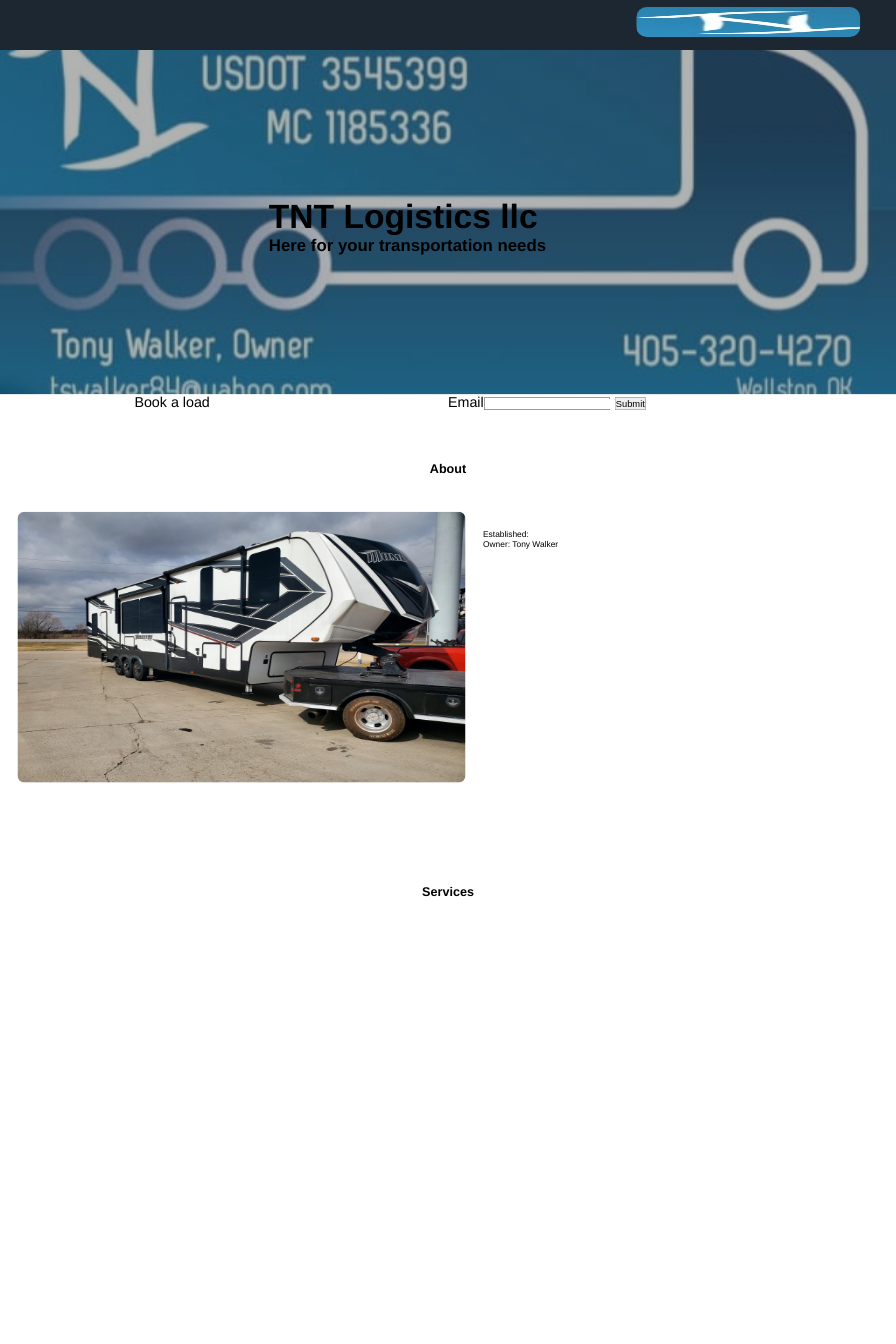
Repository: tommygoverstreet/tntlogisticsllc
Page: index.html
These files come from the project's save history. The page is drawn as it stood at one moment and after a run of saves; the edit follows.
The browser window is 1280 px wide. The pictures show the part of the page from y = 0 to 1920 px (the page is 3647 px tall), at 70% of full size.
Backgrounds fixed to the window are drawn as part of the page. Some web fonts or font styles are not loaded; a fallback is used.

Above is the page before, as saved 2022-04-18 22:54:48.

### index.html
<!doctype html>
<html lang="en">

      <head>
            <meta charset="utf-8">
            <meta name="viewport"
                  content="width=device-width, initial-scale=1.0">
            <meta http-equiv="X-UA-Compatible"
                  content="ie=edge">
            <meta name='description'
                  content='Hauling and transportation services'>
            <meta name='keywords'
                  content='transportation, tnt, logistics, oklahoma, Tony Walker, RV, truck, motorcycle, hauling, towing, moving'>
            <meta name='author'
                  content='Tommy Overstreet'>
            <title>TNT Logistics llc</title>

            <link rel="stylesheet"
                  href="./style/main.css" />
            <link rel="stylesheet"
                  href="./style/id.css" />
            <link rel="stylesheet"
                  href="./style/class.css" />

      </head>

      <body>
            <nav>
                  <div class="navbar">
                        <div class="container nav-container">
                              <input class="checkbox"
                                     type="checkbox"
                                     name=""
                                     id="" />
                              <div class="hamburger-lines">
                                    <span class="line line1"></span>
                                    <span class="line line2"></span>
                                    <span class="line line3"></span>
                              </div>
                              <div class="logo">
                                    <img class='logo'
                                         src='./assets/logo-blue.jpg'
                                         alt='TNT Logistics llc'></img>
                              </div>
                              <div class="menu-items">
                                    <li><a href="#">HOME</a></li>
                                    <li><a href="#">ABOUT</a></li>
                                    <li><a href="#">SERVICES</a></li>
                                    <li><a href="#">GALLERY</a></li>
                                    <li><a href="#">CONTACT</a></li>
                              </div>
                        </div>
                  </div>
            </nav>

            <div class='hero'>
                  <div class='headline'>
                        <h1 class='title'>TNT Logistics llc</h1>
                        <h4 class='purpose'>Here for your transportation needs</h4>
                  </div>
            </div>
            <div class='subscribe'>
                  <div class='load'>
                        <p>Book a load</p>
                  </div>
                  <div class='subscribe-container'>
                        <label>Email<input type='email'></imput></label>
                        <button type='submit'>Submit</button>
                  </div>
            </div>


            <div class='about section-B'>

                  <div class='section-header'>
                        <h2 class='sub-heading'>About</h2>
                  </div>

                  <div class='card-container'>

                        <div class='img-container'>
                              <img class='section-img'
                                   src='./assets/white-black-rv.jpg'
                                   alt="about-img">
                        </div>
                        <div class='section-info'>
                              <p>Established: </p>
                              <p>Owner: Tony Walker </p>
                        </div>

                  </div>

            </div>

            <div class='services section-A'>
                  <h2 class='sub-heading'>Services</h2>
            </div>

            <div class='gallery section-B'>
                  <h2 class='sub-heading'>Gallery</h2>

                  <div class='gallery-container'>

                        <img class='gallery-img'
                             src='https://images.unsplash.com/photo-1594480355356-8b9833059231?ixlib=rb-1.2.1&ixid=MnwxMjA3fDB8MHxwaG90by1wYWdlfHx8fGVufDB8fHx8&auto=format&fit=crop&w=774&q=80'
                             alt=''>
                        <img class='gallery-img'
                             src='https://images.unsplash.com/photo-1594480355356-8b9833059231?ixlib=rb-1.2.1&ixid=MnwxMjA3fDB8MHxwaG90by1wYWdlfHx8fGVufDB8fHx8&auto=format&fit=crop&w=774&q=80'
                             alt=''>
                        <img class='gallery-img'
                             src='https://images.unsplash.com/photo-1594480355356-8b9833059231?ixlib=rb-1.2.1&ixid=MnwxMjA3fDB8MHxwaG90by1wYWdlfHx8fGVufDB8fHx8&auto=format&fit=crop&w=774&q=80'
                             alt=''>
                        <img class='gallery-img'
                             src='https://images.unsplash.com/photo-1594480355356-8b9833059231?ixlib=rb-1.2.1&ixid=MnwxMjA3fDB8MHxwaG90by1wYWdlfHx8fGVufDB8fHx8&auto=format&fit=crop&w=774&q=80'
                             alt=''>
                        <img class='gallery-img'
                             src='https://images.unsplash.com/photo-1594480355356-8b9833059231?ixlib=rb-1.2.1&ixid=MnwxMjA3fDB8MHxwaG90by1wYWdlfHx8fGVufDB8fHx8&auto=format&fit=crop&w=774&q=80'
                             alt=''>
                        <img class='gallery-img'
                             src='https://images.unsplash.com/photo-1594480355356-8b9833059231?ixlib=rb-1.2.1&ixid=MnwxMjA3fDB8MHxwaG90by1wYWdlfHx8fGVufDB8fHx8&auto=format&fit=crop&w=774&q=80'
                             alt=''>
                        <img class='gallery-img'
                             src='https://images.unsplash.com/photo-1594480355356-8b9833059231?ixlib=rb-1.2.1&ixid=MnwxMjA3fDB8MHxwaG90by1wYWdlfHx8fGVufDB8fHx8&auto=format&fit=crop&w=774&q=80'
                             alt=''>
                        <img class='gallery-img'
                             src='https://images.unsplash.com/photo-1594480355356-8b9833059231?ixlib=rb-1.2.1&ixid=MnwxMjA3fDB8MHxwaG90by1wYWdlfHx8fGVufDB8fHx8&auto=format&fit=crop&w=774&q=80'
                             alt=''>
                        <img class='gallery-img'
                             src='https://images.unsplash.com/photo-1594480355356-8b9833059231?ixlib=rb-1.2.1&ixid=MnwxMjA3fDB8MHxwaG90by1wYWdlfHx8fGVufDB8fHx8&auto=format&fit=crop&w=774&q=80'
                             alt=''>
                  </div>
            </div>

            <div class='contact section-A'>
                  <h2 class='sub-heading'>Contact</h2>
                  <form accept-charset="UTF-8"
                        action="action_page.php"
                        autocomplete="off"
                        method="GET"
                        target="_blank"><label for="name">Name</label><br /><input name="name"
                               type="text"
                               value="Frank" /><br /><input checked="checked"
                               name="sex"
                               type="radio"
                               value="male" />Male <br /><input name="sex"
                               type="radio"
                               value="female" />Female <br /><textarea cols="30"
                                  rows="2">Long text.</textarea><br /><input name="democheckbox"
                               type="checkbox"
                               value="1" />Checkbox<br /><button type="submit"
                                value="Submit">Submit</button></form>
            </div>

            <div class='footer'>
                  <p> Copyright TNT Logistics llc 2022</p>
            </div>

      </body>

</html>

### style/main.css
@import url("https://fonts.googleapis.com/css2?family=Bebas+Neue&family=Square+Peg&display=swap");

:root {
 --secondary: #
 --main: rgb(227, 228, 230);
 --light: rgb(145, 148, 153);
 --dark: #1D2731;
 --full-width: 100vw;
 --half-width: 50vw;
 --thirds-width: 33%;
 --fourths-width: 20%;
}

* {
 box-sizing: border-box;
 margin: 0;
 padding: 0;
}

body {
 font-family: Bebas Neus, helvetica, arial, sans-serif;
 font-size: 12px;
 min-width: 450px;
 width: 100vw;
}

### style/class.css
.container {
 width: var(--full-width);
 height: 10vh;
 margin: auto;
}

/*-- Navigation --*/
.navbar {
 width: var(--full-width);
 background: var(--dark);
 position: fixed;
}

/*-- Navigation Container --*/
.nav-container {
 display: flex;
 justify-content: space-between;
 align-items: center;
 height: 8vh;
 background-color: var(--main);
 color: var(--secondary);
}

/*-- Visible Heading --*/
.navbar .menu-items {
 display: flex;
}

/*-- List Items Hidden --*/
.navbar .nav-container li {
 list-style: none;
}

/*-- Nav Container Hidden --*/
.navbar .nav-container a {
 text-decoration: none;
 color: var(--secondary);
 font-weight: 500;
 font-size: 1.2rem;
 padding: 0.7rem;
}

/*-- Nav Links Hover --*/
.navbar .nav-container a:hover {
 font-weight: 600;
}

/*-- Navigation Container --*/
.nav-container {
 display: block;
 position: relative;
 height: 10vh;
}

/*-- Checkbox Container --*/
.nav-container .checkbox {
 position: absolute;
 display: block;
 height: 22px;
 width: 22px;
 top: 15px;
 left: 10px;
 z-index: 99;
 opacity: 0;
 cursor: pointer;
}

/*-- Hanburger Lines --*/
.nav-container .hamburger-lines {
 display: block;
 height: 22px;
 width: 22px;
 position: absolute;
 top: 17px;
 left: 20px;
 z-index: 2;
 display: flex;
 flex-direction: column;
 justify-content: space-between;
}

/*-- Individual Hamburger Lines --*/
.nav-container .hamburger-lines .line {
 display: block;
 height: 4px;
 width: 100%;
 border-radius: 10px;
 color: var(--main);
 background-color: var(--secondary);
}

/*-- Hamburger Line 1 --*/
.nav-container .hamburger-lines .line1 {
 transform-origin: 0% 0%;
 transition: transform 0.4s ease-in-out;
}

/*-- Hamburger Line 2 --*/
.nav-container .hamburger-lines .line2 {
 transition: transform 0.2s ease-in-out;
}

/*-- Hamburger Line 3 --*/
.nav-container .hamburger-lines .line3 {
 transform-origin: 0% 100%;
 transition: transform 0.4s ease-in-out;
}

/*-- Menu Items --*/
.navbar .menu-items {
 padding-top: 100px;
 height: 100vh;
 width: 100vw;
 background-color: var(--main);
 color: var(--secondary);
 transform: translate(-150%);
 display: flex;
 flex-direction: column;
 transition: transform 0.5s ease-in-out;
 text-align: center;
}

/*-- Menu List Items --*/
.navbar .menu-items li {
 margin-bottom: 1.2rem;
 font-size: 1.5rem;
 font-weight: 600;
}


/*-- Logo Floated Right --*/
.logo {
 position: absolute;
 width: 25vw;
 height: 6vh;
 top: 5px;
 right: 2vw;
 font-size: 1.0rem;
 background-color: transparent;
 color: var(--secondary);
 border-radius: 15px;
}

/*-- Hamburger Lines Checked Status --*/
.nav-container input[type="checkbox"]:checked~.menu-items {
 transform: translateX(0);
}

/*-- Hamburger Line 1 Status Checked --*/
.nav-container input[type="checkbox"]:checked~.hamburger-lines .line1 {
 transform: rotate(45deg);
}

/*-- Hamburger Line 2 Status Checked --*/
.nav-container input[type="checkbox"]:checked~.hamburger-lines .line2 {
 transform: scaleY(0);
}

/*-- Hamburger Line 3 Status Checked --*/
.nav-container input[type="checkbox"]:checked~.hamburger-lines .line3 {
 transform: rotate(-45deg);
}

/*-- Nav Container Logo Status Checked --*/
.nav-container input[type="checkbox"]:checked~.logo {
 display: none;
}

/*-- Parallax Background Image --*/
.hero {
 width: 100vw;
 min-height: 500px;
 background-image: linear-gradient(rgba(0, 0, 0, 0.3), rgba(0, 0, 0, 0.3)),
  url("../assets/business-card.jpg");
 background-repeat: no-repeat;
 background-size: cover;
 background-attachment: fixed;
 background-position: center;

 z-index: -1;
}

/*-- Title Over Hero Image --*/
.headline {
 width: 100vw;
 height: 25vh;
 padding: 22% 30%;
 display: block;
 color: var(--secondary);
 text-shadow: 5px 10px 15px var(--main);
 font-size: 2em;
}

/*-- Subscribe Email Container --*/
.subscribe {
 color: var(--secondary);
 background-color: var(--main);
 width: 100vw;
 height: 10vh;
 font-size: 1.7em;
 box-shadow: 20px var(--main) 15px 0.7;
 padding: 0 15%;
 display: grid;
 grid-template-columns: 1fr 1fr;
}

/*-- Sections with Dark Background --*/
.section-A {
 width: 100vw;
 height: 100vh;
 background-color: var(--main);
 color: var(--secondary);
}

/*-- Sections with Light Background --*/
.section-B {
 width: 100vw;
 height;
 100vh;
 background-color: var(--secondary);
 color: var(--main);
}

/*-- Section Labels --*/
.sub-heading {
 text-align: center;
 padding: 25px;
}

/*-- About Section Info --*/
.section-info {
 display: block;
 margin: 25px;
}

/*-- About Section Image --*/
.section-img {
 width: 50vw;
 height: 80%;
 border-radius: 10px;
}

/*-- Services Section Container --*/
.card-container {
 display: grid;
 grid-template-columns: 1fr 1fr;
 padding: 25px;
}

/*-- Gallery Section Image Container --*/
.gallery-container {
 padding: 30px;
 display: grid;
 grid-template-columns: 1fr 1fr 1fr;
 grid-template-rows: 1fr 1fr 1fr 1fr;
 grid-gap: 15px;
 margin-left: 15px;
}

/*-- Gallery Section Images --*/
.gallery-img {
 width: 20vw;
 height: 20vh;
 border-radius: 15px;
}

/*-- Contact Section Container --*/
.contact {}

/*-- Footer Section Container --*/
.footer {
 height: 30vh;
 width: 100vw;
 background-color: var(--secondary);
 color: var(--main);
}

/*-- Footer Section Text --*/
.footer p {
 padding: 25vh 0 0 0;
 text-align: center;
}

Loaded but not shown: style/id.css (empty)

After the next 2 saves:
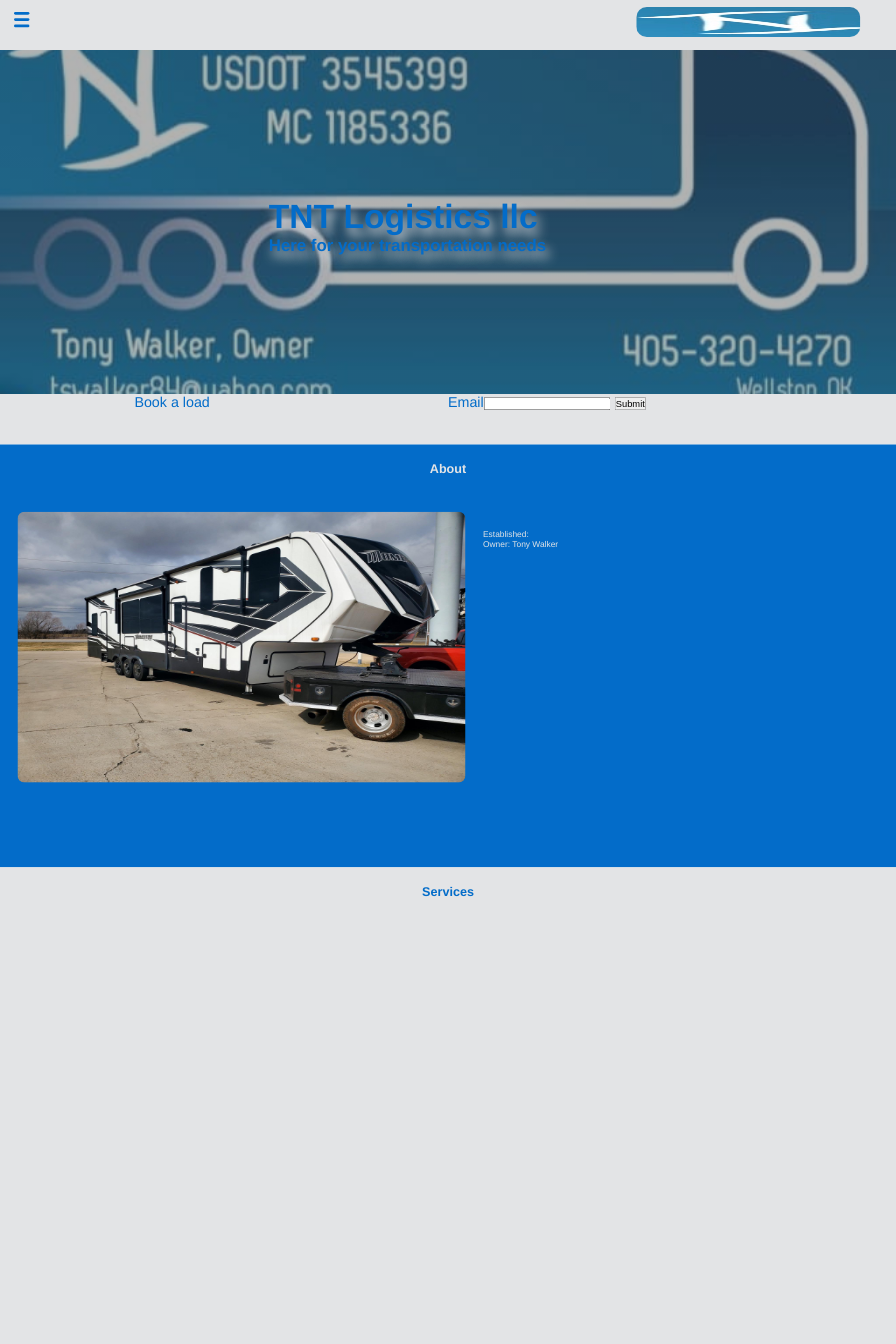
The 2 saves are shown as one change because they came seconds apart.
The last was saved 27 s later.
--- a/style/main.css
+++ b/style/main.css
@@ -1,7 +1,7 @@
 @import url("https://fonts.googleapis.com/css2?family=Bebas+Neue&family=Square+Peg&display=swap");
 
 :root {
- --secondary: #
+ --secondary: #036cc9;
  --main: rgb(227, 228, 230);
  --light: rgb(145, 148, 153);
  --dark: #1D2731;
